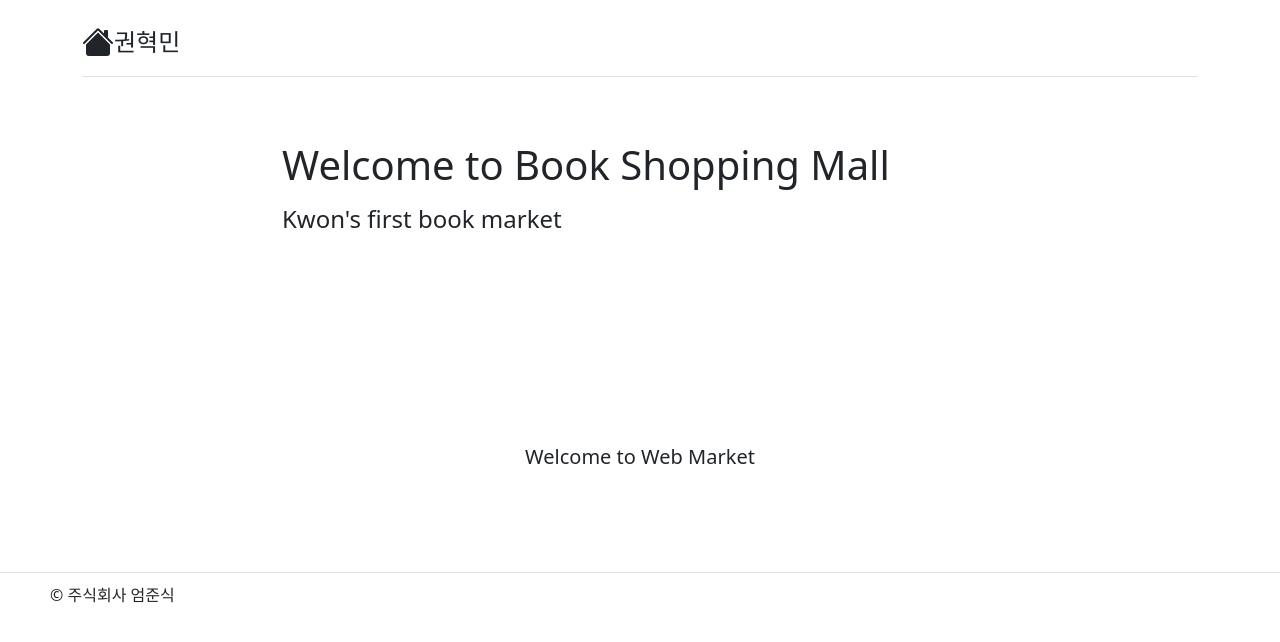
Repository: minn0701/JSP-Webbprogramming
Page: http://localhost/BookMarket/Welcome.jsp
These files come from the project's save history. The page is drawn as it stood at one moment and after the next save; the edit follows.
The browser window is 1280 px wide. The pictures show the whole page.
The page is served by Tomcat 9.

Above is the page before, as saved 2024-03-20 13:30:56.

After the next save:
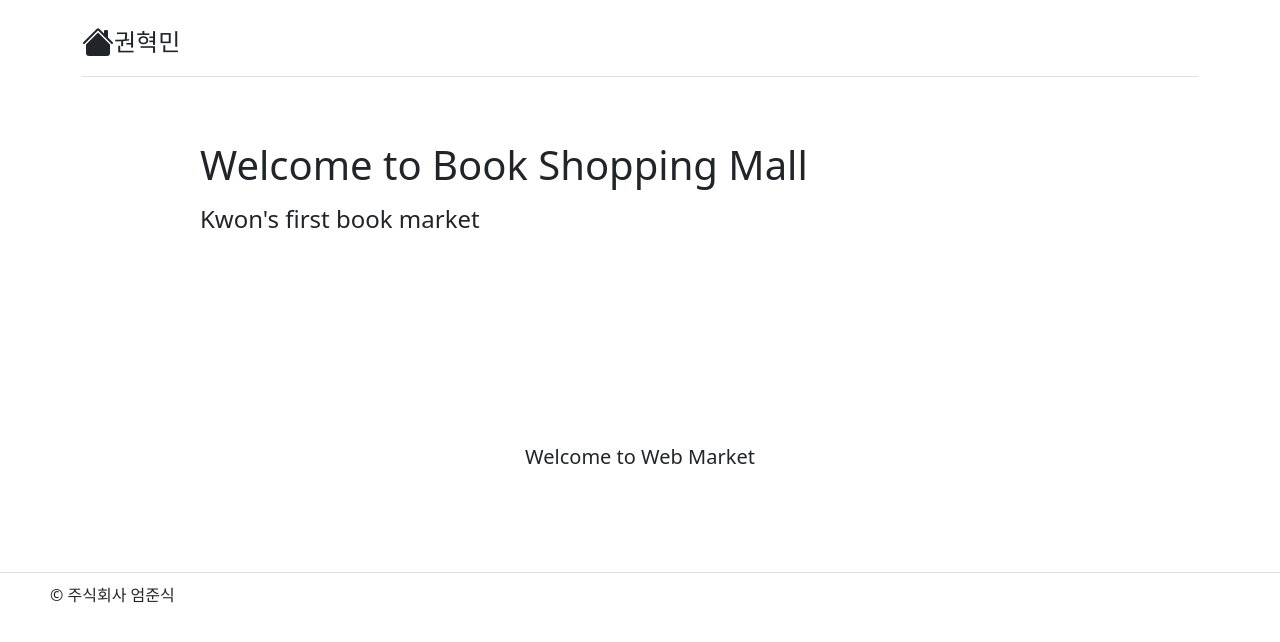
Saved 3 min 40 s later.
--- a/BookMarket/src/main/webapp/Welcome.jsp
+++ b/BookMarket/src/main/webapp/Welcome.jsp
@@ -32,7 +32,7 @@
 
 </div>
 
-<div class="container py-10 mb-50">
+<div style="padding-left:200;">
 
 
       <p><h1 class="left"><%= greet %> </h1><p>
@@ -40,15 +40,7 @@
 
 </div>
 
-<div style="
-    padding-top: 200px;
-    font-size:20px;
-">
-
-<center>Welcome to Web Market</center>
-
-
-</div>
+<div style="padding-top: 200px; font-size:20px;"> <center>Welcome to Web Market</center> </div>
 
 <div style="margin-top:100px;"
 
